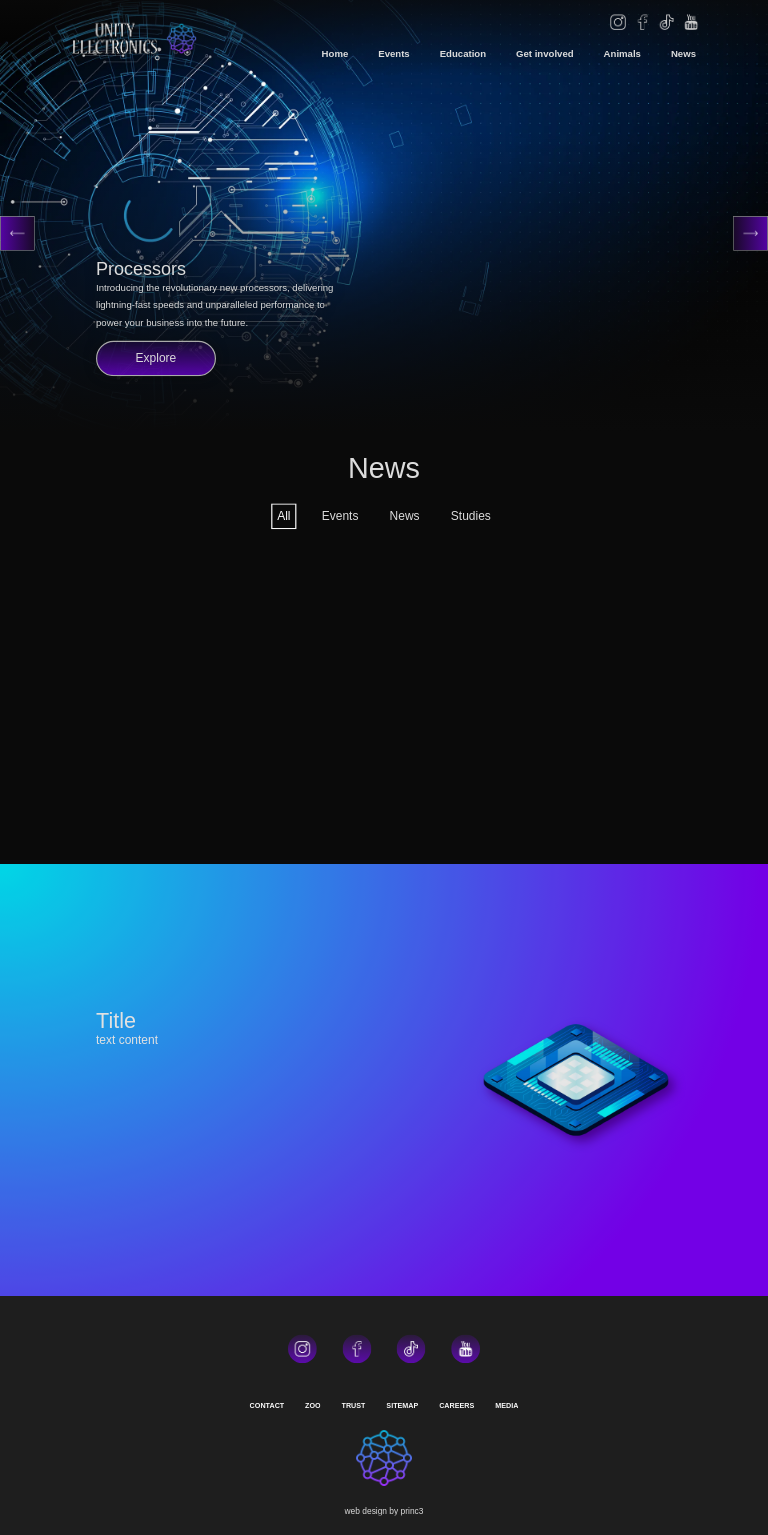
Repository: princ3-web/five
Page: /
An editor plug-in stored every save of this project. The page is shown before and after a run of saves, followed by the edit.
The browser window is 1280 px wide. The pictures show the whole page, at 60% of full size.
The project was rebuilt for these pictures with package versions that can differ from the ones it lists, and the page was loaded fresh each time. Also part of the build but not shown: src/css/subpage.module.css, src/pages/Events.jsx, src/pages/Education.jsx, src/pages/Membership.jsx, src/pages/Animals.jsx, src/pages/News.jsx, src/pages/Support.jsx.

Above is the page before, as saved 2023-05-08 18:48:58.

### src/App.jsx
import React, { useState } from "react";
import { Routes, Route } from "react-router-dom";
import app from "./css/app.module.css";
import Navbar from "./components/Navbar.jsx";
import Bottombar from "./components/Bottombar.jsx";
import Main from "./pages/Main.jsx";
import Events from "./pages/Events.jsx";
import Education from "./pages/Education.jsx";
import Membership from "./pages/Membership.jsx";
import Animals from "./pages/Animals.jsx";
import News from "./pages/News.jsx";
import Support from "./pages/Support.jsx";
import Scrolltotop from "./components/Scrolltotop";

function App() {
  return (
    <div className={app.app}>
      <Navbar />
      <Routes>
        <Route path="/" element={<Main />} exact />
        <Route path="/Events" element={<Events />} exact />
        <Route path="/Education" element={<Education />} exact />
        <Route path="/Membership" element={<Membership />} exact />
        <Route path="/Animals" element={<Animals />} exact />
        <Route path="/News" element={<News />} exact />
        <Route path="/Support" element={<Support />} exact />
      </Routes>
      <Bottombar />
      <Scrolltotop />
    </div>
  );
}

export default App;

### src/css/app.module.css
:root {
    --thin: 200;
    --regular: 400;
    --bold: 600;
    --font-12: 12px;
    --font-14: 14px;
    --font-16: 16px;
    --font-20: 20px;
    --font-24: 24px;
    --font-30: 30px;
    --font-36: 36px;
    --font-48: 48px;
    --dark: rgb(10, 10, 10);
    --dark-transp-100: rgb(0, 0, 0, 0.5);
    --gray-transp-200: rgba(100, 100, 100, 0.5);
    --gray-transp-300: rgba(100, 100, 100, 0.25);
    --gray-50: rgb(30, 30, 30);
    --gray-100: rgb(60, 60, 60);
    --gray-150: rgb(100, 100, 100);
    --gray-200: rgb(170, 170, 170);
    --gray-300: rgb(220, 220, 220);
    --gray-400: rgb(240, 240, 240);
    --light: rgb(250, 250, 250);
    --light-transp: rgb(255, 255, 255, 0.2);
    --blue-200: rgb(0, 78, 162);
    --blue-300: rgb(0, 123, 255);
    --teal-300: rgb(0, 238, 255);
    --violet-200: rgb(81, 0, 162);
    --violet-300: rgb(128, 0, 255);
    --transp: rgba(0, 0, 0, 0);
}

@import url('https://fonts.googleapis.com/css2?family=Raleway&display=swap');


html > div {
    display: none;
  }

  * {
    overflow-x: hidden;
    padding: 0;
    margin: 0;
    font-family: 'Raleway', sans-serif;
    user-select: none;
  }

  .app{
    background-color: var(--dark);
    height: fit-content;
  }

  .section{
    display: flex;
    flex-direction: column;
    min-height: 100vh;
  }

### src/components/Navbar.jsx
import React, { useState } from "react";
import navbar from "../css/navbar.module.css";
import logo from "../assets/icons/logo_sub.png";
import hamburger from "../assets/icons/hamburger.png";
import cross from "../assets/icons/cross.png";
import { Link } from "react-router-dom";
import instagram from "../assets/icons/instagram.png";
import facebook from "../assets/icons/facebook.png";
import tiktok from "../assets/icons/tiktok.png";
import youtube from "../assets/icons/youtube.png";

const Navbar = () => {
  const navbarButtons = [
    {
      name: "Home",
      menu: false,
      items: [],
      link: "/",
    },
    {
      name: "Events",
      menu: true,
      items: [
        "Plan Your Day",
        "What's On",
        "Membership",
        "Vet Hospital",
        "Education",
        "Zoo Map",
      ],
      link: "/Events",
    },
    {
      name: "Education",
      menu: true,
      items: [
        "Read for Adventure",
        "Educational Field Trips",
        "Self-Guided Field Trips",
        "Nature Explorers Preschool",
        "Schools Out Day Camps",
        "Spring Break Camp",
        "Summer Camps",
        "After Hours",
        "Conservation Club",
      ],
      link: "/Education",
    },
    {
      name: "Get involved",
      menu: true,
      items: [
        "What We Do",
        "What You Can Do",
        "Work at the Zoo",
        "Volunteer",
        "Sponsorship",
        "Conservation",
      ],
      link: "/Membership",
    },
    {
      name: "Animals",
      menu: false,
      items: [],
      link: "/Animals",
    },
    {
      name: "News",
      menu: false,
      items: [],
      link: "/News",
    },
  ];

  const socials = [instagram, facebook, tiktok, youtube];

  const [mobileMenu, toggleMobileMenu] = useState(false);

  return (
    <>
      <div className={navbar.navbar}>
        <Link className={navbar.link} to={"/"}>
          <img className={navbar.logo} src={logo} alt="" />
        </Link>
        <div className={navbar.navbarContent}>
          <div className={navbar.navbarTopIcons}>
            {socials.map((item, n) => (
              <img className={navbar.navbarTopIcon} src={item} alt="" key={n} />
            ))}
          </div>
          <div className={navbar.navbarButtons}>
            {navbarButtons.map((item, n) => (
              <div
                style={{
                  display: "block",
                  overflow: "visible",
                }}
                key={n}
              >
                <div className={navbar.navbarButton}>
                  <Link
                    to={item.link}
                    style={{
                      textDecoration: "none",
                      color: "unset",
                    }}
                  >
                    {item.name}
                  </Link>
                </div>

                {item.items.length > 0 && (
                  <>
                    <div className={navbar.navbarButtonDropdown}>
                      {item.items.map((i, n) => (
                        <Link
                          className={navbar.navbarButtonDropdownItem}
                          key={n}
                          to={item.link}
                        >
                          {i}
                        </Link>
                      ))}
                    </div>
                  </>
                )}
              </div>
            ))}
          </div>
        </div>
        <img
          className={navbar.mobileButton}
          src={mobileMenu === true ? cross : hamburger}
          onClick={() =>
            mobileMenu === true ? toggleMobileMenu(false) : toggleMobileMenu(true)
          }
          alt=""
        />
        <div
          className={[navbar.mobileMenu, mobileMenu ? navbar.mobileMenuShow : ""].join(
            " "
          )}
        >
          {navbarButtons.map((item) => (
            <Link to={item.link} className={navbar.mobileMenuItem}>
              <div onClick={() => toggleMobileMenu(false)}>{item.name}</div>
            </Link>
          ))}
        </div>
      </div>
    </>
  );
};

export default Navbar;

### src/components/Bottombar.jsx
import React from "react";
import bottombar from "../css/bottombar.module.css";
import logobw from "../assets/icons/logo.png";
import instagram from "../assets/icons/instagram.png";
import facebook from "../assets/icons/facebook.png";
import tiktok from "../assets/icons/tiktok.png";
import youtube from "../assets/icons/youtube.png";
import navbar from "../css/navbar.module.css";
import { Link } from "react-router-dom";

const Bottombar = () => {
  const socials = [instagram, facebook, tiktok, youtube];
  const links = ["CONTACT", "ZOO", "TRUST", "SITEMAP", "CAREERS", "MEDIA"];

  return (
    <>
      <div className={bottombar.bottomBar}>
        <div className={bottombar.socials}>
          {socials.map((item, n) => (
            <img className={bottombar.socialButton} src={item} alt="" key={n} />
          ))}
        </div>
        <div className={bottombar.links}>
          {links.map((item, n) => (
            <div className={bottombar.link} key={n}>
              {item}
            </div>
          ))}
        </div>
        <Link className={navbar.link} to={"/"}>
        <img className={bottombar.logo} src={logobw} alt="" onClick={() => window.scrollTo(0, 0)} />
        </Link>
        <div className={bottombar.signature}>web design by princ3</div>
      </div>
    </>
  );
};

export default Bottombar;

### src/pages/Main.jsx
import React, { useState, useEffect } from "react";
import app from "../css/app.module.css";
import Imagescroller from "../components/Imagescroller";
import Newspicker from "../components/Newspicker";
import Objectscroller from "../components/Objectscroller";

const Main = () => {
  return (
    <>
      <div className={app.section}>
        <Imagescroller />
      </div>

      <div className={app.section}>
        <Newspicker />
      </div>
      <div className={app.section}>
        <Objectscroller />
      </div>
    </>
  );
};

export default Main;

### src/components/Scrolltotop.jsx
import React from 'react';
import { useLocation } from 'react-router-dom';
import { useEffect } from 'react';

const Scrolltotop = () => {
    const { pathname } = useLocation();

    useEffect(() => {
      window.scrollTo(0, 0);
    }, [pathname]);
  }

export default Scrolltotop;

### src/css/navbar.module.css
.navbar {
  position: absolute;
  display: flex;
  flex-direction: row;
  justify-content: space-between;
  align-items: center;
  z-index: 5;
  width: 100%;
  padding-inline: 7rem;
  height: 8rem;
  font-size: var(--font-16);
  overflow: visible;
  box-sizing: border-box;
  background: linear-gradient(var(--dark) -30%, var(--transp) 100%);
}

.navbarContent {
  height: 100%;
  display: flex;
  flex-direction: column;
  justify-content: space-evenly;
}

.navbarTopIcons {
  display: flex;
  flex-direction: row;
  justify-content: space-between;
  width: 12vw;
  margin-left: auto;
  margin-right: 0;
}

.navbarTopIcon {
  width: 2rem;
  filter: brightness(0.8);
}

.navbarTopIcon:hover {
  filter: brightness(1);
  cursor: pointer;
}

.navbarButtons {
  display: flex;
  flex-direction: row;
  justify-content: space-between;
  width: 50vw;
  margin-left: auto;
  margin-right: 0;
}

.navbarButton {
  color: var(--gray-300);
  padding: 0.5rem;
  font-weight: var(--bold);
  cursor: pointer;
  transition: 0.2s;
}

.navbarButton:hover {
  color: var(--gray-400);
  cursor: pointer;
}

.dropdownBackground {
  background-color: black;
  width: 100%;
  height: 15rem;
}

.navbarButtonDropdown {
  visibility: hidden;
  z-index: 3;
  position: absolute;
  margin-left: -25px;
  padding-inline: 1.5rem;
  padding-block: 0.5rem;
  cursor: pointer;
  line-height: 2rem;
  filter: opacity(0);
  transition: 0.35s;
  background: linear-gradient(135deg, var(--dark-transp-100), var(--violet-200));
}

.navbarButton:hover ~ .navbarButtonDropdown {
  visibility: visible;
  filter: opacity(1);
}

.navbarButtonDropdown:hover {
  visibility: visible;
  filter: opacity(1);

}

.navbarButtonDropdownItem {
  color: var(--gray-300);
  display: block;
  transition: 0.2s;
  text-decoration: none;
}

.navbarButtonDropdownItem:hover {
  color: var(--light);
}

.navbarTopButton {
  height: fit-content;
  padding: 0.5rem;
  font-weight: var(--regular);
  cursor: pointer;
}

.logo {
  position: relative;
  display: block;
  height: 40%;
  object-fit: contain;
  z-index: 1;
  filter: drop-shadow(1px 1px 1px var(--dark));
}

.link {
  height: 100%;
  overflow: hidden;
  display: flex;
  align-items: center;
}

.mobileButton {
  display: none;
}

.mobileMenu {
  display: none;
}

@media screen and (max-width: 480px) {
  .navbar {
    height: 5rem;
    padding-inline: 0.5rem;
  }

  .navbarTopButtons {
    display: none;
  }
  .navbarButtons {
    display: none;
  }

  .logo {
    height: 70%;
  }

  .mobileButton {
    display: block;
    height: 50%;
    margin-right: 0.5rem;
    z-index: 1;
  }

  .mobileMenu {
    position: absolute;
    display: block;
    box-sizing: border-box;
    top: 5rem;
    left: 100vw;
    width: 100vw;
    height: 100vh;
    text-align: center;
    background-size: 20rem;
    background-color: var(--green-400);
    transition: 0.2s;
  }

  .mobileMenuShow {
    left: 0;
  }

  .mobileMenuItem {
    color: var(--light);
    font-size: var(--font-20);
    line-height: 4rem;
    text-decoration: none;
  }
}

### src/css/bottombar.module.css
.bottomBar {
  position: relative;
  display: flex;
  flex-direction: column;
  align-items: center;
  width: 100%;
  background-color: var(--gray-50);
  padding-bottom: 2rem;
}

.socials {
  position: relative;
  width: 25%;
  margin: auto;
  left: 0;
  right: 0;
  margin-top: 4rem;
  display: flex;
  flex-direction: row;
  justify-content: space-between;
}

.socialButton {
  width: 2rem;
  padding: 0.5rem;
  background-color: var(--violet-200);
  background: linear-gradient(180deg, var(--transp), var(--violet-300));
  background-size: 100% 200%;
  background-position: 100% 25%;
  transition: 0.5s;
  border-radius: 2rem;
  cursor: pointer;
}

.socialButton:hover {
  background-position: 100% 100%;

}

.links {
  position: relative;
  width: 35%;
  font-size: var(--font-12);
  margin: auto;
  left: 0;
  right: 0;
  margin-top: 4rem;
  display: flex;
  flex-direction: row;
  justify-content: space-between;
}

.link {
  color: var(--light);
  font-weight: var(--bold);
  cursor: pointer;
}

.link:hover {
  color: var(--gray-200);
}

.logo {
  position: relative;
  width: 6rem;
  padding-top: 2rem;
  padding-bottom: 2rem;
  cursor: pointer;
  transition: 0.2s;
}

.logo:hover {
  filter: brightness(0.8);
}

.signature {
  color: var(--gray-300);
  font-size: var(--font-14);
  font-weight: var(--thin);
}

@media screen and (max-width: 480px) {
  .socials {
    width: 90%;
  }

  .links {
    display: flex;
    flex-wrap: wrap;
    width: 90%;
    justify-content: space-between;
  }

  .link {
    width: 30%;
    height: 3rem;
    text-align: center;
  }
}

### src/components/Imagescroller.jsx
import React, { useEffect, useState } from "react";
import imagescroller from "../css/imagescroller.module.css";

const Imagescroller = () => {
  const [selectedBackground, toggleSelectedBackground] = useState(0);

  useEffect(() => {
    const intervalId = setInterval(() => {
      selectedBackground < 2
        ? toggleSelectedBackground((state) => state + 1)
        : toggleSelectedBackground(0);
    }, 6000);

    return () => {
      clearInterval(intervalId);
    };
  }, [selectedBackground]);

  const backgrounds = [0, 1, 2];
  const backgroundsText = [
    {
      title: "Processors",
      text: "Introducing the revolutionary new processors, delivering lightning-fast speeds and unparalleled performance to power your business into the future.",
    },
    {
      title: "New Techs",
      text: "Unlock the full potential of your industry with cutting-edge technologies designed to increase efficiency, productivity, and profitability.",
    },
    {
      title: "GPUs",
      text: "Experience unprecedented gaming performance and immerse yourself in stunningly realistic graphics with our new ground-breaking graphics cards.",
    },
  ];

  return (
    <div>
      <div className={imagescroller.imageScroller}>
        {backgrounds.map((item, n) => (
          <img
            className={[
              imagescroller.image,
              selectedBackground !== n ? imagescroller.imageFade : "",
            ].join(" ")}
            src={require("../assets/images/background" + n + ".webp")}
            alt=""
          />
        ))}

        <img
          className={imagescroller.arrow}
          onClick={() =>
            selectedBackground > 0
              ? toggleSelectedBackground((state) => state - 1)
              : toggleSelectedBackground(backgrounds.length - 1)
          }
          style={{ left: "0", rotate: "180deg", translateY: "-50%" }}
          src={require("../assets/icons/arrow.png")}
          alt=""
        />
        <img
          className={imagescroller.arrow}
          onClick={() =>
            selectedBackground < backgrounds.length - 1
              ? toggleSelectedBackground((state) => state + 1)
              : toggleSelectedBackground(0)
          }
          style={{ right: "0", rotate: "0deg", translateY: "-50%" }}
          src={require("../assets/icons/arrow.png")}
          alt=""
        />
        <div className={imagescroller.gradient}></div>
      </div>
      <div className={imagescroller.explore}>
        <div className={imagescroller.exploreTitle}>
          {backgroundsText[selectedBackground].title}
        </div>
        <div className={imagescroller.exploreText}>
          {backgroundsText[selectedBackground].text}
        </div>
        <div className={imagescroller.exploreButton}>Explore</div>
      </div>
    </div>
  );
};

export default Imagescroller;

### src/components/Newspicker.jsx
import React, { useState } from "react";
import newspicker from "../css/newspicker.module.css";

const Newspicker = () => {
  const newsButtons = ["All", "Events", "News", "Studies"];
  const [selectedButton, toggleSelectedButton] = useState(0);

  return (
    <div className={newspicker.news}>
      <div
        className={newspicker.newsTitle}
        style={{ textAlign: "center", marginTop: "2rem" }}
      >
        News
      </div>
      <div className={newspicker.newsButtons}>
        {newsButtons.map((item, n) => (
          <div
            className={[
              newspicker.newsButton,
              n === selectedButton && newspicker.newsButtonSelected,
            ].join(" ")}
            onClick={() => toggleSelectedButton(n)}
          >
            {item}
          </div>
        ))}
      </div>
    </div>
  );
};

export default Newspicker;

### src/components/Objectscroller.jsx
import React from "react";
import objectscroller from "../css/objectscroller.module.css";

const Objectscroller = () => {
  return (
    <div>
      <div className={objectscroller.gradient}>
        <div className={objectscroller.textContainer}>
          <div className={objectscroller.title}>Title</div>
          <div className={objectscroller.text}>text content</div>
        </div>
        <img className={objectscroller.image} src={require("../assets/images/object1.png")} alt="" />
      </div>
    </div>
  );
};

export default Objectscroller;

### src/css/imagescroller.module.css
.imageScroller {
  position: absolute;
  height: 100vh;
  width: 100%;
  display: block;
  white-space: nowrap;
  background-color: var(--dark);
}

.image {
  position: absolute;
  z-index: 1;
  width: 100vw;
  height: 100vh;
  object-fit: cover;
  top: 0;
  left: 0;
  padding: 0;
  transition: 1s;
  filter: opacity(1);
}

.imageFade {
  filter: opacity(0);
}

.arrow {
  position: absolute;
  width: 1.5rem;
  z-index: 2;
  top: 50%;
  padding: 1rem;
  border: 1px solid var(--gray-200);
  cursor: pointer;
  background-size: 0% 0%;
  background-color: var(--gray-200);
  background: linear-gradient(90deg, var(--dark) 0%, var(--violet-300));
  background-size: 200% 100%;
  background-position: 25% 100%;
  transition: 0.5s;
}

.arrow:hover {
  background-position: 100% 100%;
}

.gradient {
  position: absolute;
  top: 0;
  width: 100vw;
  height: 100vh;
  background: linear-gradient(var(--transp) 30%, var(--dark) 100%);
  z-index: 1;
}

.explore {
  position: absolute;
  z-index: 3;
  left: 10rem;
  top: 60%;
  width: 25rem;
  filter: drop-shadow(0px 0px 10px var(--dark));

}

.exploreTitle {
  position: relative;
  color: var(--gray-300);
  font-size: var(--font-30);
}

.exploreText {
  position: relative;
  color: var(--gray-300);
  font-size: var(--font-16);
  margin-bottom: 1rem;
  line-height: 1.8rem;
}

.exploreButton {
  position: relative;
  width: fit-content;
  color: var(--gray-300);
  font-size: var(--font-20);
  padding: 1rem;
  padding-inline: 4rem;
  border: 2px solid var(--gray-200);
  border-radius: 2rem;
  background: linear-gradient(180deg, var(--transp), var(--violet-300));
  background-size: 100% 200%;
  background-position: 100% 25%;
  transition: 0.5s;
  cursor: pointer;
}

.exploreButton:hover {
  background-position: 100% 100%;
}

.video {
  position: relative;
  display: flex;
  box-sizing: border-box;
  z-index: 1;
  width: 100%;
  height: 100vh;
  object-fit: cover;
  padding: 0;
  border-top: 0.25rem solid var(--green-500);
}

@media screen and (max-width: 480px) {
  .video {
    width: 100%;
    margin: unset;
  }
}

### src/css/newspicker.module.css
.news{
    display: flex;
    flex-direction: column;
  }

  .newsTitle {
    font-size: var(--font-48);
    color: var(--gray-300);
    margin-bottom: 2rem;
  }

  .newsButtons{
    display: flex;
    flex-direction: row;
    justify-content: center;
    align-self: center;
    width: 50%;
  }

  .newsButton {
    color: var(--gray-300);
    font-size: var(--font-20);
    border: 2px solid var(--transp);
    margin-inline: 1rem;
    padding: 0.5rem;
    cursor: pointer;
    transition: 0.5s;
  }

  .newsButtonSelected{
    border: 2px solid var(--light);
    color: var(--light);
  }

### src/css/objectscroller.module.css
.image {
  position: absolute;
  top: 50%;
  transform: translateY(-50%);
  right: 10rem;
  width: 20rem;
  filter: drop-shadow(9px 9px 9px var(--violet-200));
}

.textContainer {
  color: var(--light);
  position: absolute;
  left: 10rem;
  top: 15rem;
  margin: auto;
}

.title {
  font-size: var(--font-36);
}

.text {
  font-size: var(--font-20);
}

.gradient {
  width: 100vw;
  height: 100vh;
  background: radial-gradient(at left top, var(--teal-300) 0%, var(--violet-300) 70%);
  background-size: 100% 150%;
  filter: brightness(0.9);
}

Loaded but not shown: public/index.html (common file); src/index.js (common file); src/index.css (common file); src/reportWebVitals.js (common file)

After the next 3 saves:
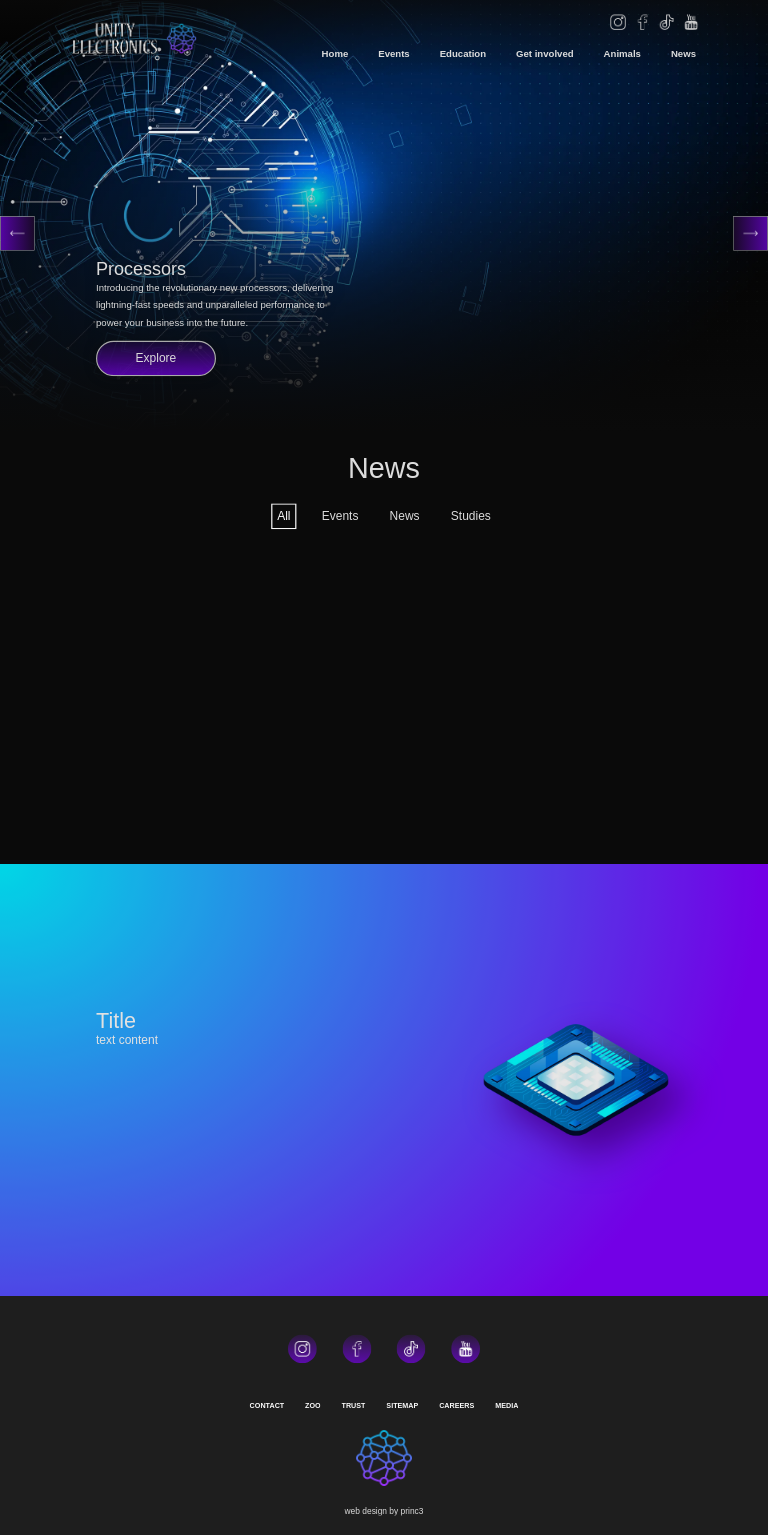
The 3 saves are shown as one change because they came seconds apart.
The last was saved 6 s later.
--- a/src/css/objectscroller.module.css
+++ b/src/css/objectscroller.module.css
@@ -4,7 +4,7 @@
   transform: translateY(-50%);
   right: 10rem;
   width: 20rem;
-  filter: drop-shadow(9px 9px 9px var(--violet-200));
+  filter: drop-shadow(30px 30px 30px var(--violet-200));
 }
 
 .textContainer {
